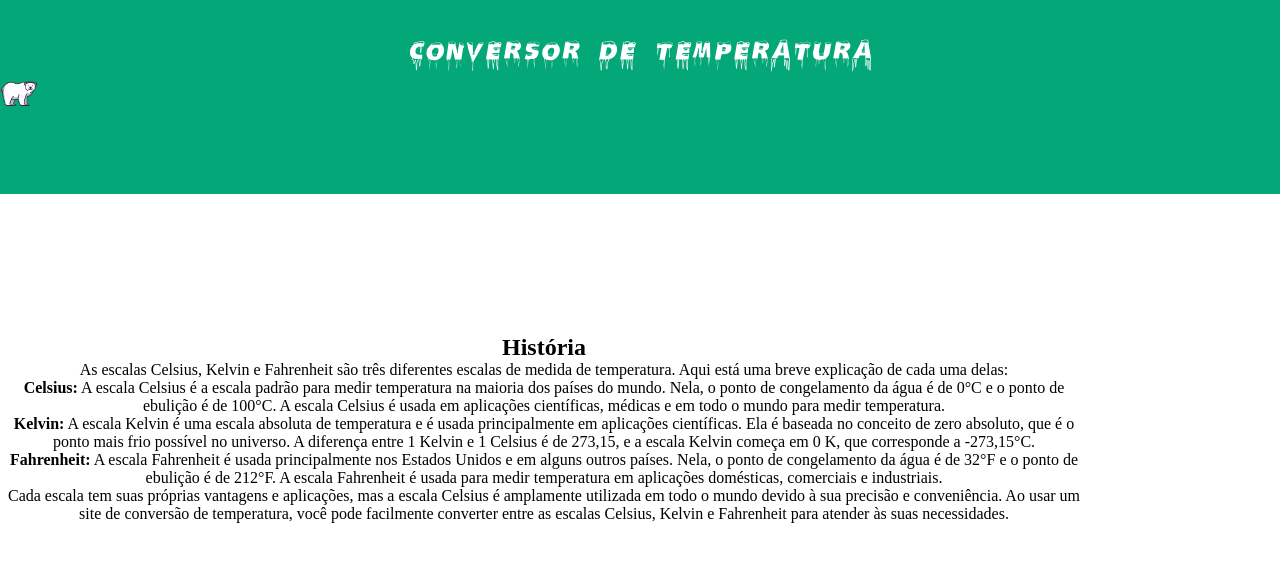
Repository: Leonngc/Conversor-de-temperatura
Page: history.html
The author's editor kept a copy of each file at every save. The page is drawn from the files as they stood at one save, then again after a run of saves.
The browser window is 1280 px wide. The pictures show the whole page.
Some icons come from a web library that is not loaded, so they are not drawn.

Above is the page before, as saved 2023-02-12 00:49:46.

After the next 3 saves:
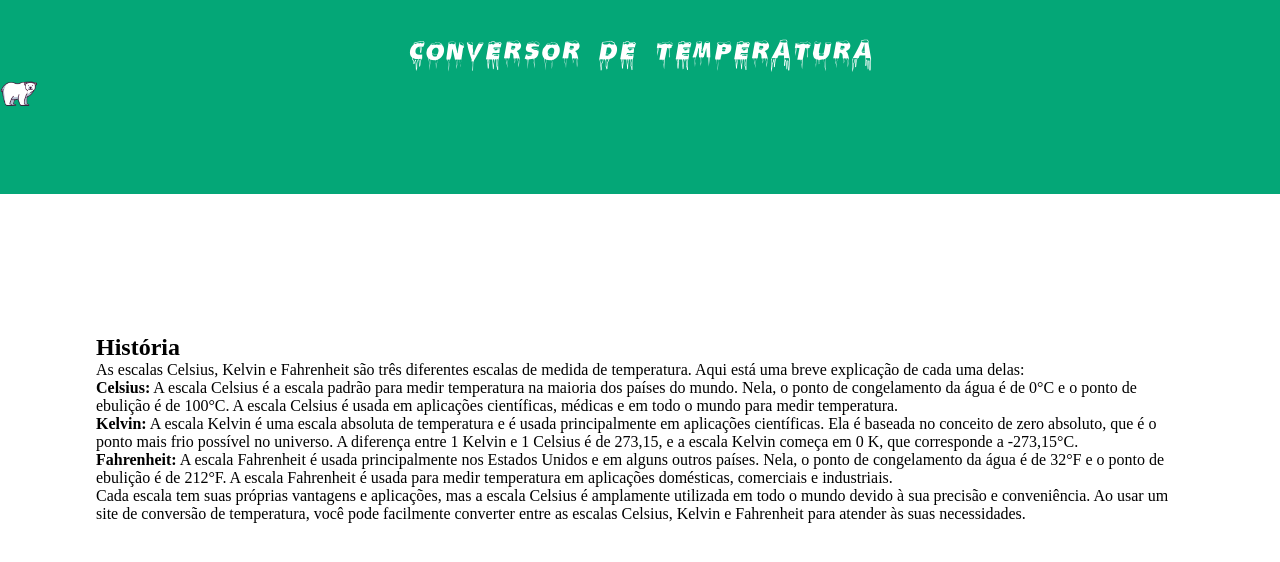
The 3 saves are shown as one change because they came seconds apart.
The last was saved 7 s later.
--- a/history.css
+++ b/history.css
@@ -78,7 +78,6 @@ li > a:hover{
 }
 
 main{
-
-    text-align: center;
+    margin: auto;
     width: 85vw;
 }
